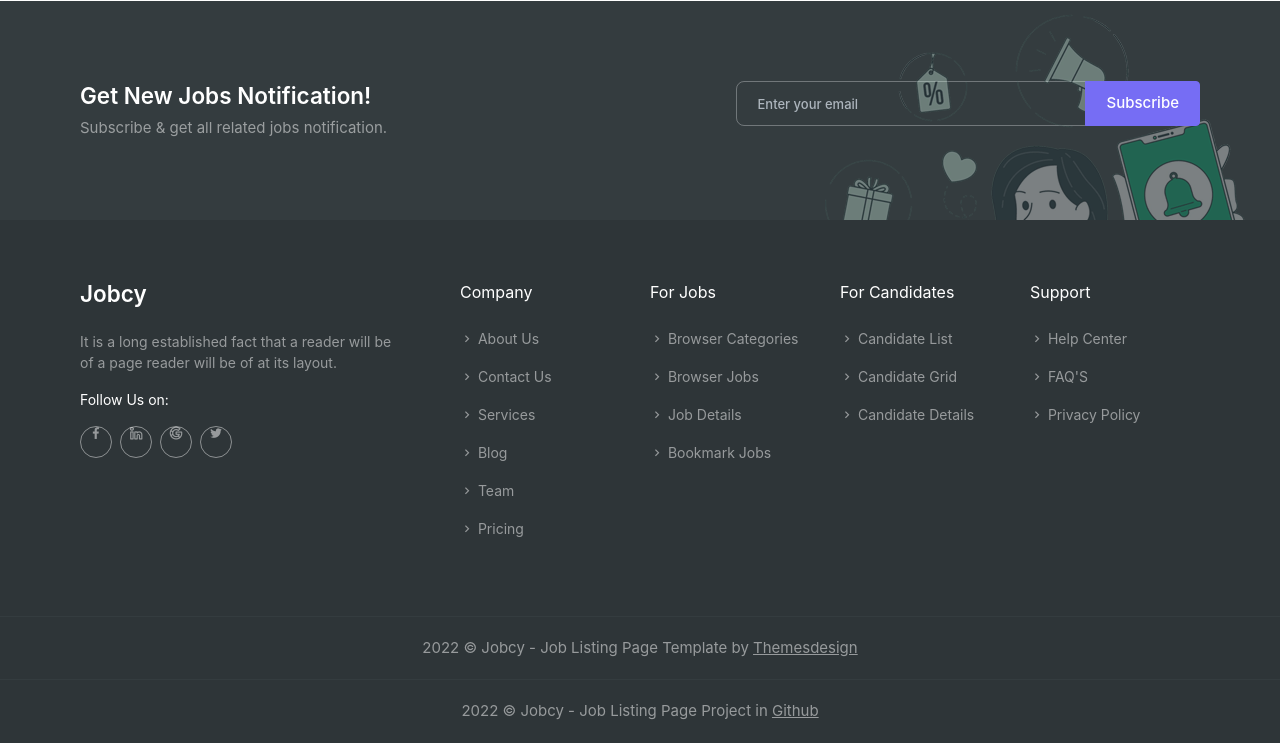
Repository: waflol/hrpm-frontend
Page: / (app in frontend/)
The author's editor kept a copy of each file at every save. The page is drawn from the files as they stood at one save, then again after the next save.
The browser window is 1280 px wide. The pictures show the whole page.
The project was rebuilt for these pictures with package versions that can differ from the ones it lists, and the page was loaded fresh each time. Also part of the build but not shown: frontend/craco.config.js, frontend/src/shared/components/Navigations/LoginButton.jsx, frontend/src/shared/components/TopBar/IconBar.jsx, frontend/src/shared/components/TopBar/YourLocations.jsx, frontend/src/shared/components/TopBar/SignUpLink.jsx, frontend/src/shared/components/TopBar/LanguageSelector.jsx, frontend/src/shared/components/TopBar/MainTopBar.jsx.

Above is the page before, as saved 2022-10-13 14:15:38.

After the next save:
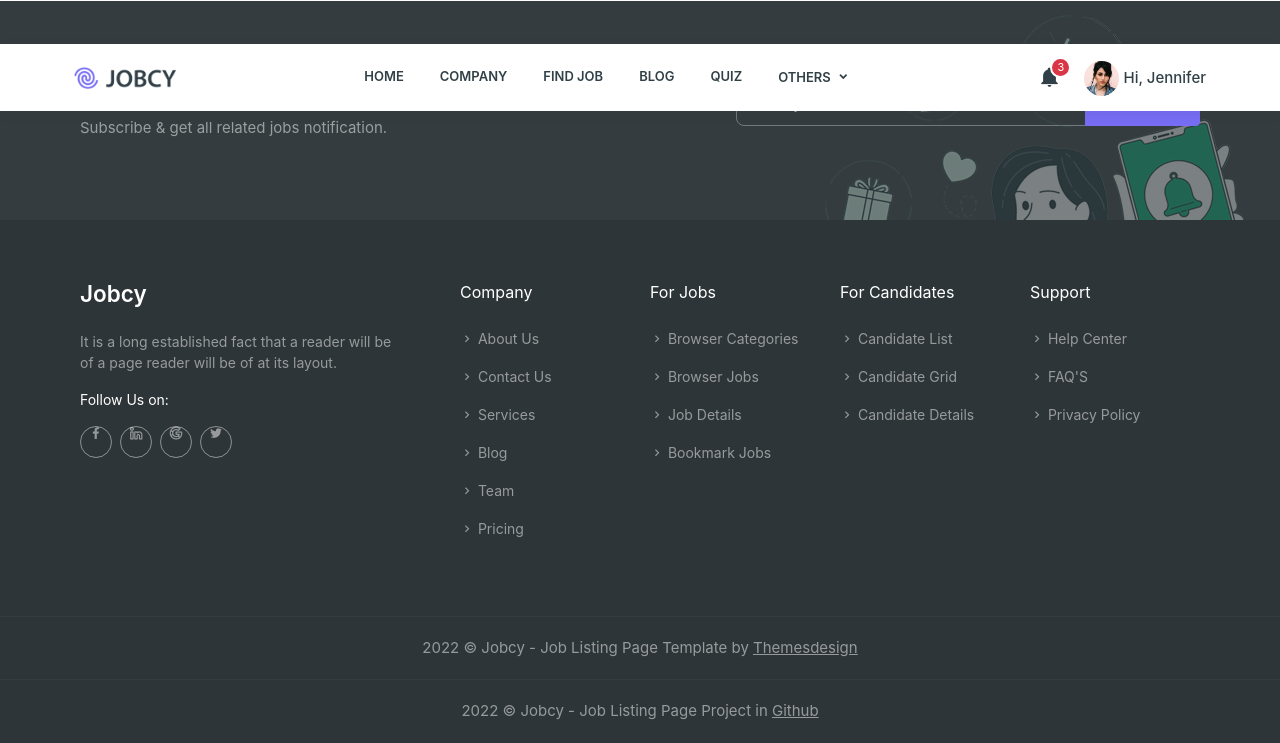
Saved 17 s later.
--- a/frontend/src/App.js
+++ b/frontend/src/App.js
@@ -11,6 +11,7 @@ function App() {
             path='/'
             element={
               <div>
+                <MainNavBar/>
                 <Footer/>
               </div>
             }>
